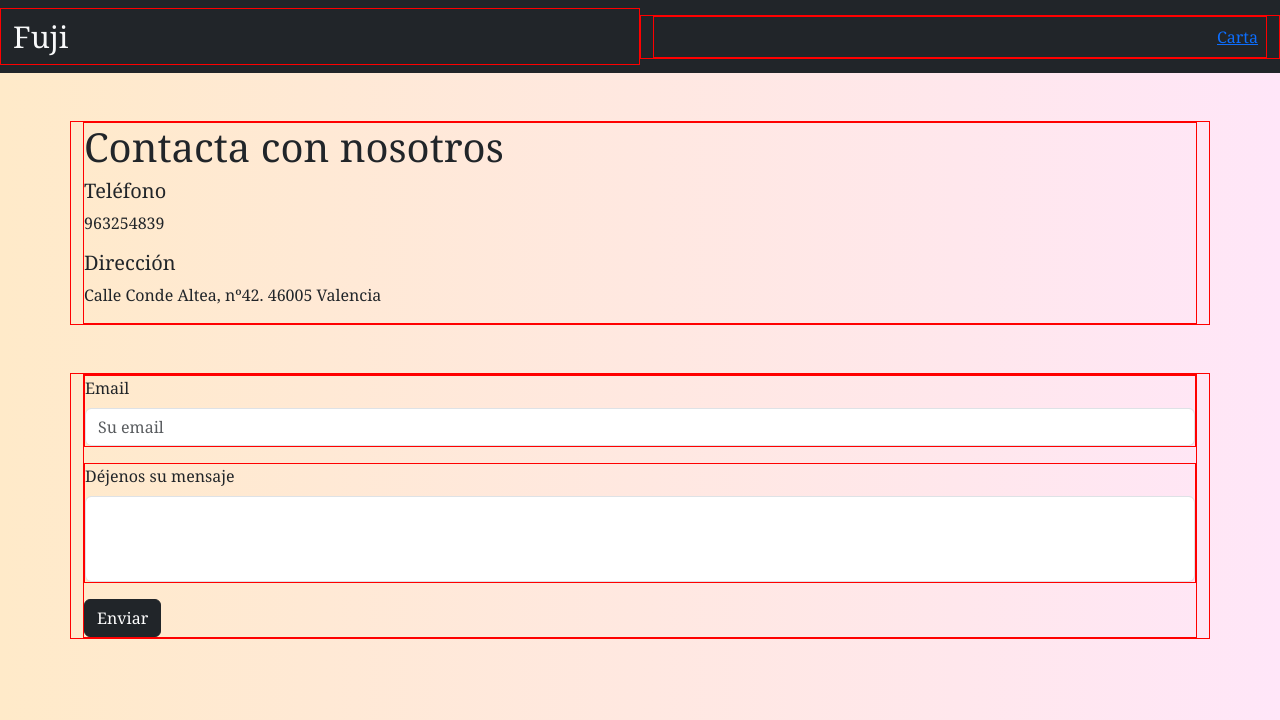
Repository: aipacheco/Fuji-restaurante
Page: contact.html
The author's editor kept a copy of each file at every save. The page is drawn from the files as they stood at one save, then again after the next save.
The browser window is 1280 px wide. The pictures show the whole page.

Above is the page before, as saved 2024-01-27 11:11:58.

### contact.html
<!DOCTYPE html>
<html lang="en">

<head>
  <meta charset="UTF-8" />
  <meta name="viewport" content="width=device-width, initial-scale=1.0" />

  <link href="https://cdn.jsdelivr.net/npm/bootstrap@5.3.2/dist/css/bootstrap.min.css" rel="stylesheet"
    integrity="sha384-T3c6CoIi6uLrA9TneNEoa7RxnatzjcDSCmG1MXxSR1GAsXEV/Dwwykc2MPK8M2HN" crossorigin="anonymous" />
    <link rel="stylesheet" href="./css/styles.css" />
  <title>Contacta con nosotros</title>
</head>

<body>

   <!-- Navbar -->
   <nav class="navbar navbar-expand-lg bg-dark text-light">
    <div class="container">

      <a class="navbar-brand d-flex align-items-center text-light" href="./index.html">

        <span id="icon">Fuji</span>
      </a>

      <button class="navbar-toggler" type="button" data-toggle="collapse" data-target="#navbarNavDropdown"
        aria-controls="navbarNavDropdown" aria-expanded="false" aria-label="Toggle navigation">
        <span class="navbar-toggler-icon"></span>
      </button>
    </div>
    <div class="container">
      <div class="collapse navbar-collapse justify-content-end" id="navbarNavDropdown">
        <ul class="navbar-nav align-items-center">


          <li class="nav-item active m-2">
            <a href="/menu.html">Carta</a>
          </li>
        </ul>
  </nav>


<div class="container mt-5 mb-5">
  <div>
    <h1>Contacta con nosotros</h1>
    <h5>Teléfono</h5>
    <p>963254839</p>
    <h5>Dirección</h5>
    <p>Calle Conde Altea, nº42. 46005 Valencia</p>
  </div>
</div>


  <div class="container">
   <div>
    <form action="./answer.html">
      <div class="mb-3">
        <label for="formGroupExampleInput" class="form-label">Email</label>
        <input type="email" id="formGroupExampleInput" class="form-control" placeholder="Su email" required />
      </div>
      <div class="mb-3">
        <label for="exampleFormControlTextarea1" class="form-label">Déjenos su mensaje</label>
        <textarea class="form-control" id="exampleFormControlTextarea1" rows="3"></textarea>
      </div>

      <button class="btn btn-dark" type="submit">Enviar</button>
    </form>
   </div>
  </div>
</body>

</html>

### css/styles.css
body {
  font-family:Georgia, 'Times New Roman', Times, serif !important;
  margin: 0;
  padding: 0;
  background: rgb(255, 234, 201);
  background: linear-gradient(
    90deg,
    rgba(255, 234, 201, 1) 0%,
    rgba(255, 230, 248, 1) 100%
  );
  height: 100vh;
  width: 100vw;
}
div{
  border:1px solid red
}
#icon{
    font-size: 1.5em;
}
textarea{
  resize: none !important;
}

After the next save:
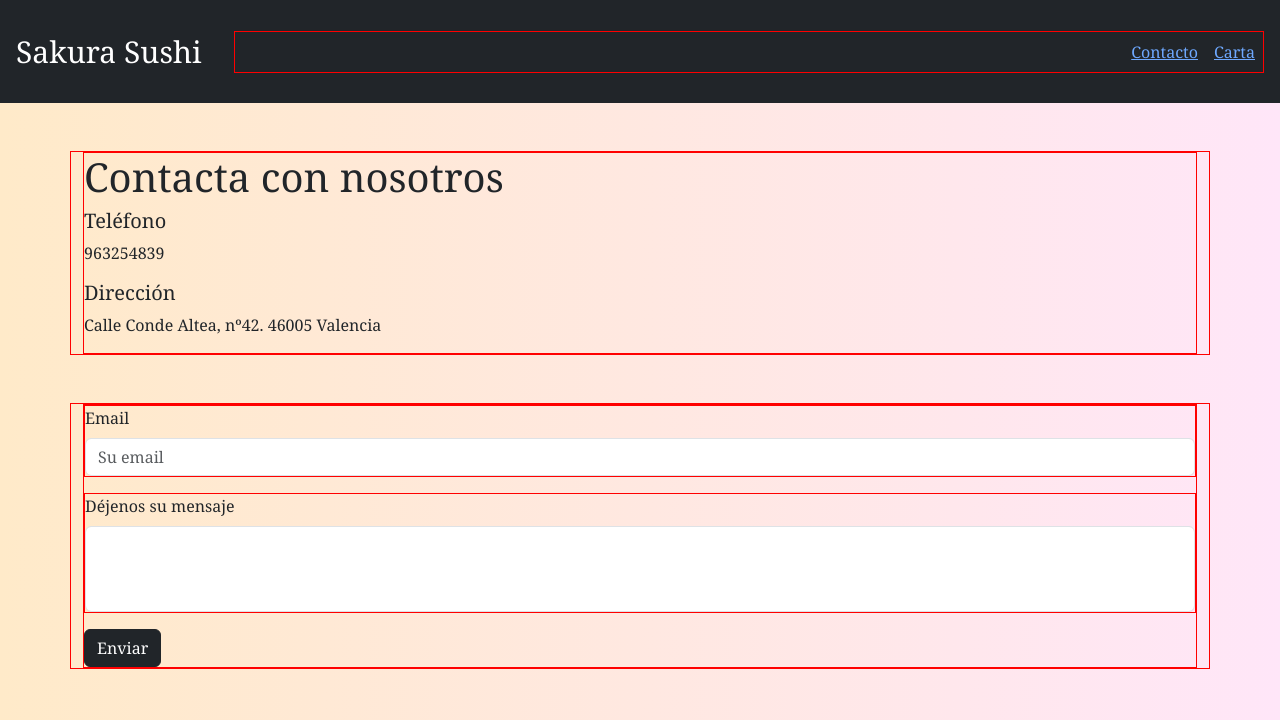
Saved 79 s later.
--- a/contact.html
+++ b/contact.html
@@ -13,30 +13,38 @@
 
 <body>
 
-   <!-- Navbar -->
-   <nav class="navbar navbar-expand-lg bg-dark text-light">
-    <div class="container">
+<!-- Navbar -->
+<nav class="navbar navbar-expand-lg bg-dark" data-bs-theme="dark">
+  <a class="navbar-brand d-flex align-items-center m-3" href="./index.html">
+    <span id="icon">Sakura Sushi</span>
+  </a>
 
-      <a class="navbar-brand d-flex align-items-center text-light" href="./index.html">
+  <button
+    class="navbar-toggler"
+    type="button"
+    data-toggle="collapse"
+    data-target="#navbarNavDropdown"
+    aria-controls="navbarNavDropdown"
+    aria-expanded="false"
+    aria-label="Toggle navigation"
+  >
+    <span class="navbar-toggler-icon"></span>
+  </button>
 
-        <span id="icon">Fuji</span>
-      </a>
-
-      <button class="navbar-toggler" type="button" data-toggle="collapse" data-target="#navbarNavDropdown"
-        aria-controls="navbarNavDropdown" aria-expanded="false" aria-label="Toggle navigation">
-        <span class="navbar-toggler-icon"></span>
-      </button>
-    </div>
-    <div class="container">
-      <div class="collapse navbar-collapse justify-content-end" id="navbarNavDropdown">
-        <ul class="navbar-nav align-items-center">
-
-
-          <li class="nav-item active m-2">
-            <a href="/menu.html">Carta</a>
-          </li>
-        </ul>
-  </nav>
+  <div
+    class="collapse navbar-collapse justify-content-end m-3"
+    id="navbarNavDropdown"
+  >
+    <ul class="navbar-nav align-items-center">
+      <li class="nav-item active m-2">
+        <a href="/contact.html">Contacto</a>
+      </li>
+      <li class="nav-item active m-2">
+        <a href="/menu.html">Carta</a>
+      </li>
+    </ul>
+  </div>
+</nav>
 
 
 <div class="container mt-5 mb-5">
